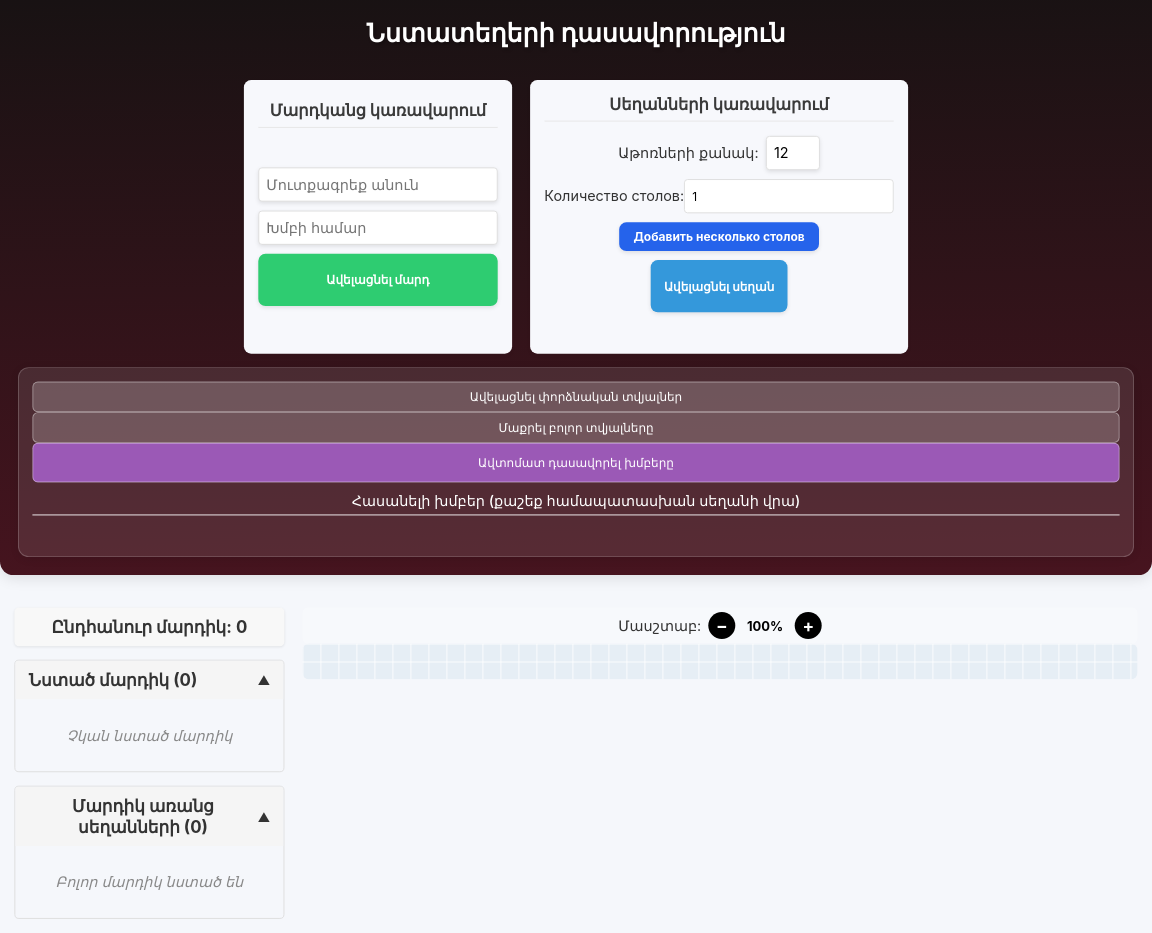
Repository: Vahan-23/Table-V2
Page: /
An editor plug-in stored every save of this project. The page is shown before and after the next save, followed by the edit.
The browser window is 1280 px wide. The pictures show the whole page, at 90% of full size.
The project was rebuilt for these pictures with package versions that can differ from the ones it lists, and the page was loaded fresh each time.

Above is the page before, as saved 2025-03-03 12:38:20.

After the next save:
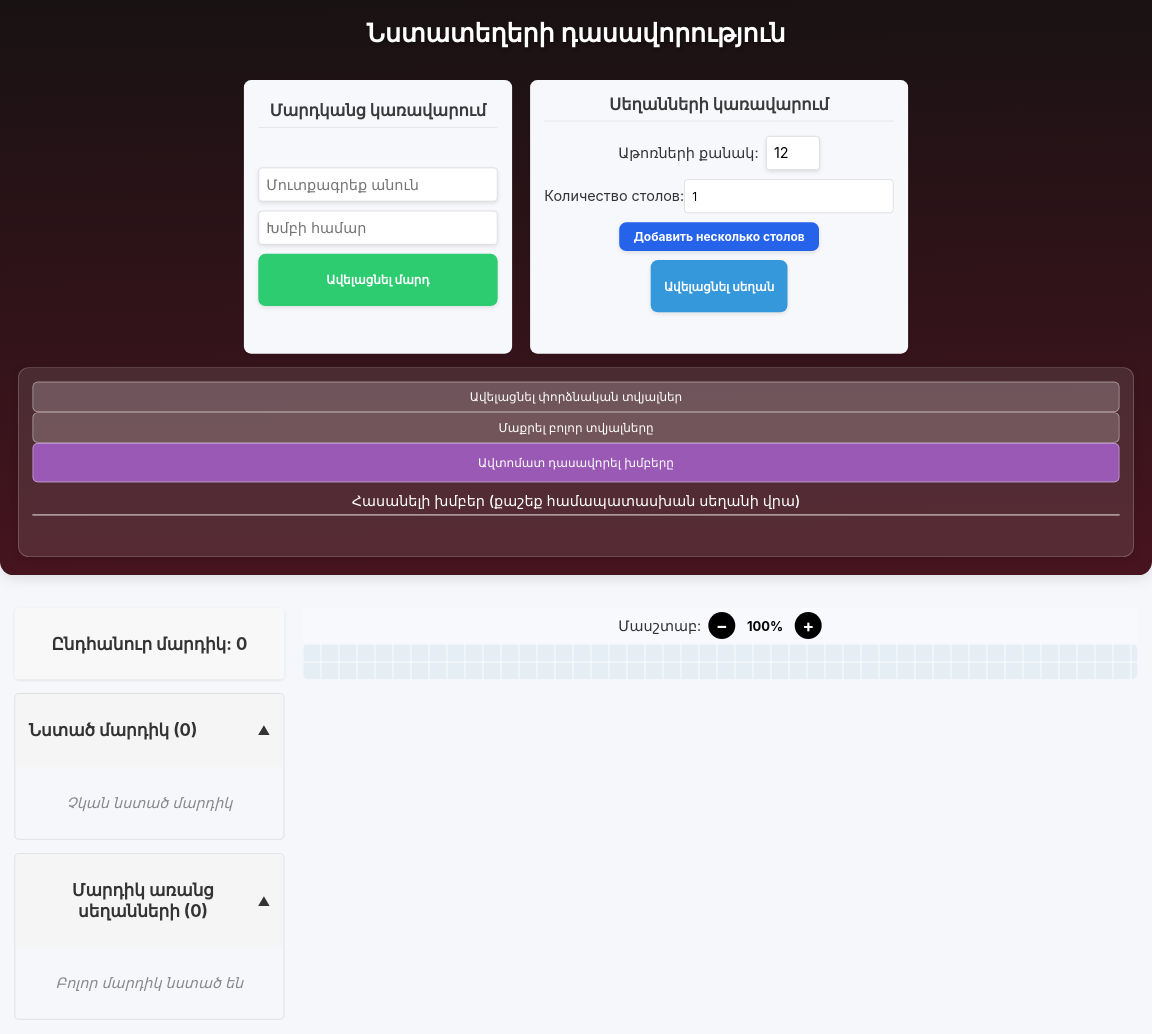
Saved 6 s later.
--- a/src/component/App.css
+++ b/src/component/App.css
@@ -1,7 +1,7 @@
 /* Modern styles for the Seating Arrangement app */
 * {
-  margin: 0;
-  /* padding: 0; */
+  /* margin: 0; */
+  padding: 0;
   box-sizing: border-box;
   font-family: 'Inter', -apple-system, BlinkMacSystemFont, 'Segoe UI', Roboto, sans-serif;
 }
